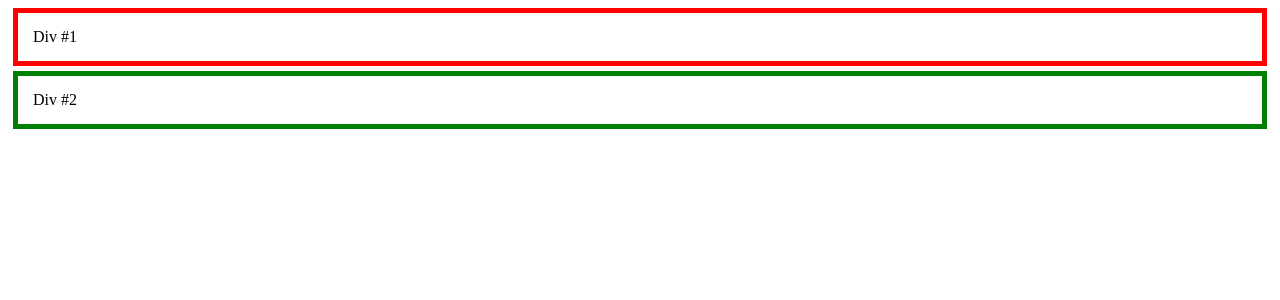
Repository: glgeorgiou/100-days-of-code-projects
Page: DOM Testing/2-4-modify-classes.html
These files come from the project's save history. The page is drawn as it stood at one moment and after the next save; the edit follows.
The browser window is 1280 px wide. The pictures show the whole page.

Above is the page before, as saved 2020-04-14 16:53:12.

After the next save:
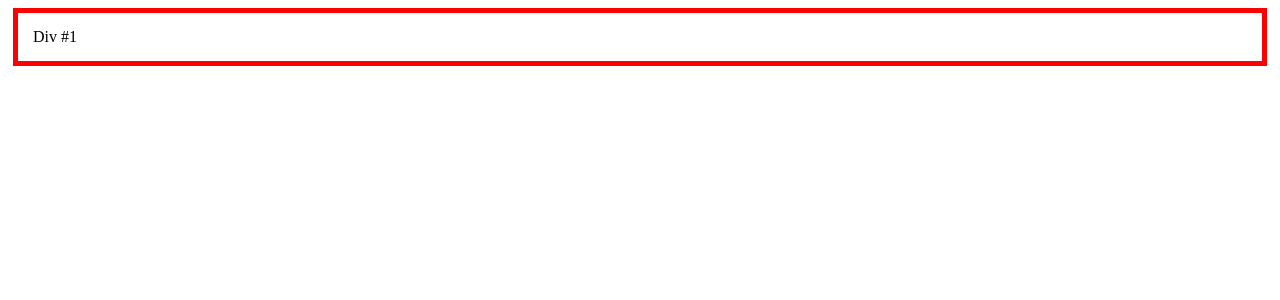
Saved 57 s later.
--- a/DOM Testing/2-4.js
+++ b/DOM Testing/2-4.js
@@ -7,9 +7,24 @@
 console.log('The first div has the following class')
 console.log(div.classList.value)
 
+
 // Select div #1
 div = document.querySelector('div');
 // Assign the alert class to div #1
 div.className = 'alert';
 console.log('The first div has the following class now')
 console.log(div.classList.value)
+
+
+// Select div #2 by its class name
+const activeDiv = document.querySelector('.active');
+// Add the hidden class
+activeDiv.classList.add('hidden');
+
+// Remove the hidden class
+activeDiv.classList.remove('hidden');
+
+// Switch between hidden true and false
+activeDiv.classList.toggle('hidden');
+// Replace active class with alert class
+activeDiv.classList.replace('active', 'alert');
